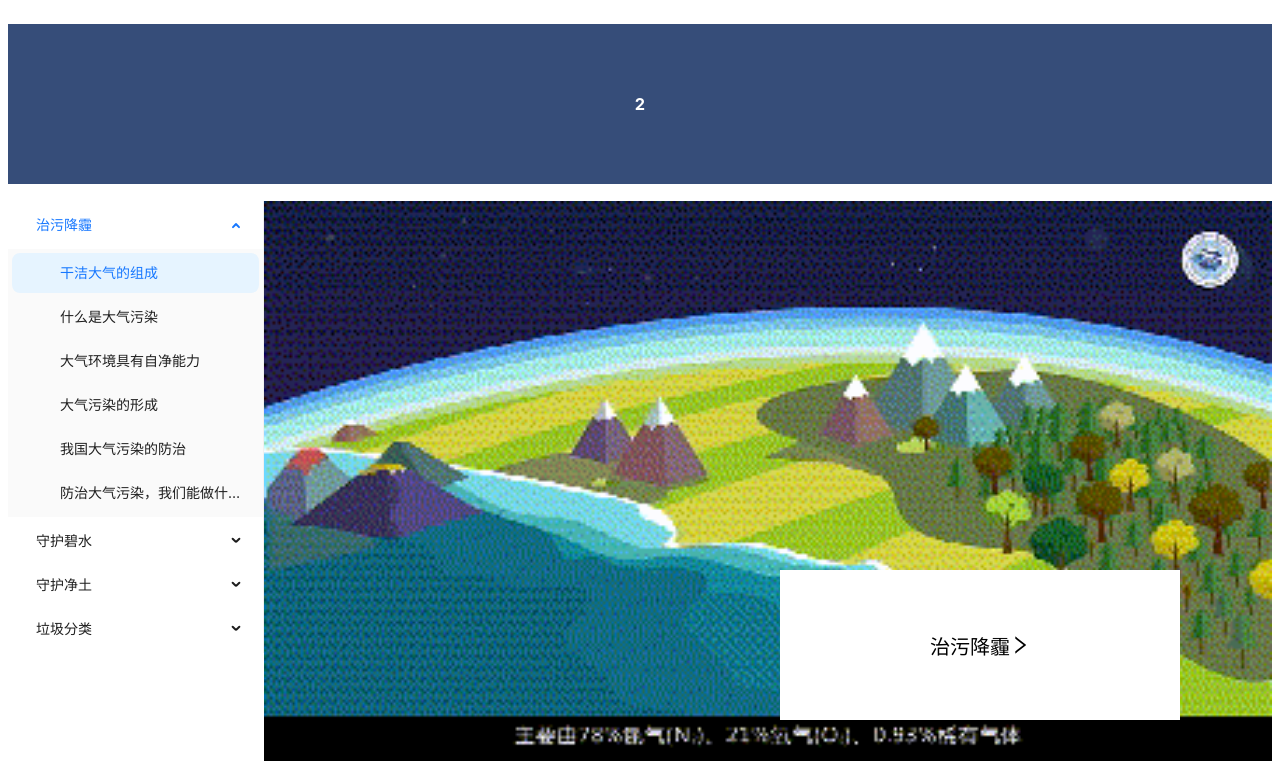
Repository: samllbin/summerWeb
Page: /
An editor plug-in stored every save of this project. The page is shown before and after the next save, followed by the edit.
The browser window is 1280 px wide. The pictures show the whole page.
The project was rebuilt for these pictures with package versions that can differ from the ones it lists, and the page was loaded fresh each time. Also part of the build but not shown: vite.config.js, components/menu/config.js, components/content/index.module.css, components/content/index.jsx.

Above is the page before, as saved 2024-07-22 15:40:26.

After the next save:
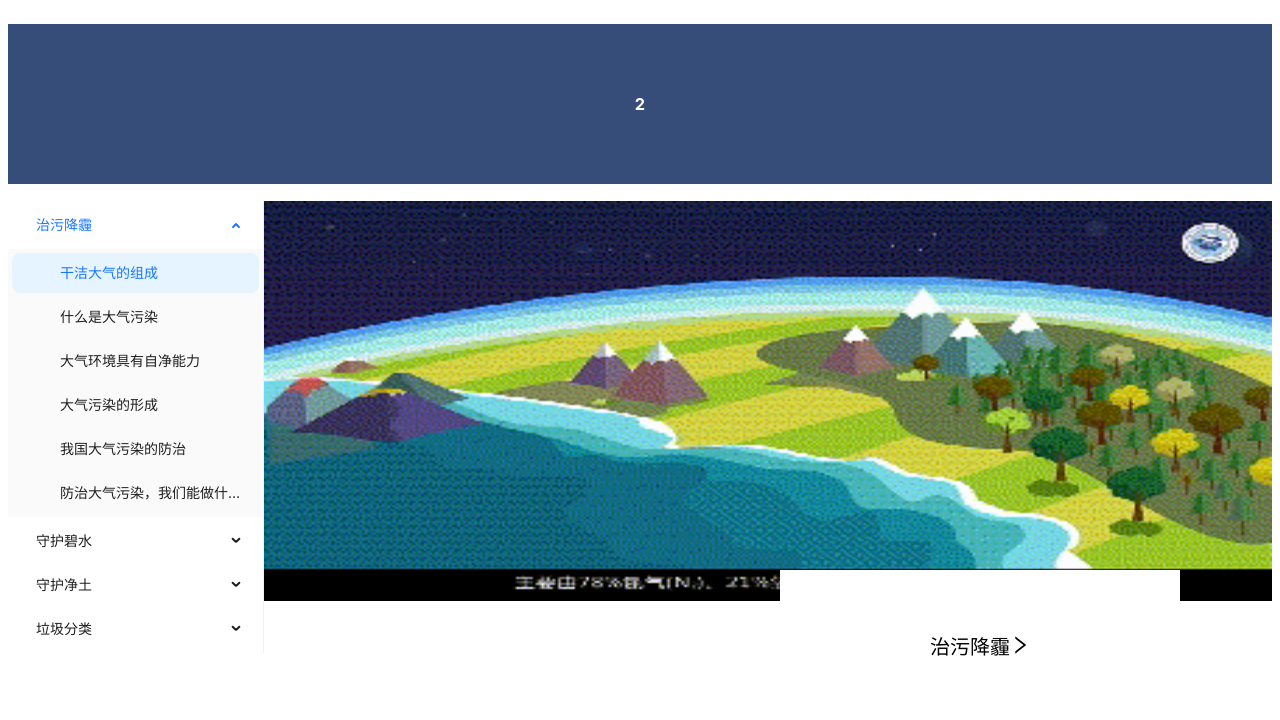
Saved 24 s later.
--- a/components/article/index.module.css
+++ b/components/article/index.module.css
@@ -1,5 +1,6 @@
 .layout {
   display: flex;
+  height: 400px;
   width: 100%;
 }
 .allLayout {
